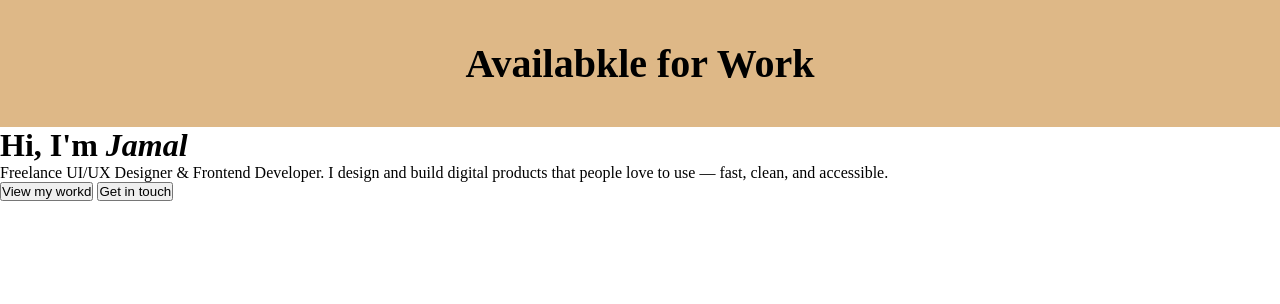
Repository: jamalissef-glitch/exercise1-JS
Page: Exercise33/index.html
These files come from the project's save history. The page is drawn as it stood at one moment and after the next save; the edit follows.
The browser window is 1280 px wide. The pictures show the whole page.

Above is the page before, as saved 2026-07-14 17:39:04.

After the next save:
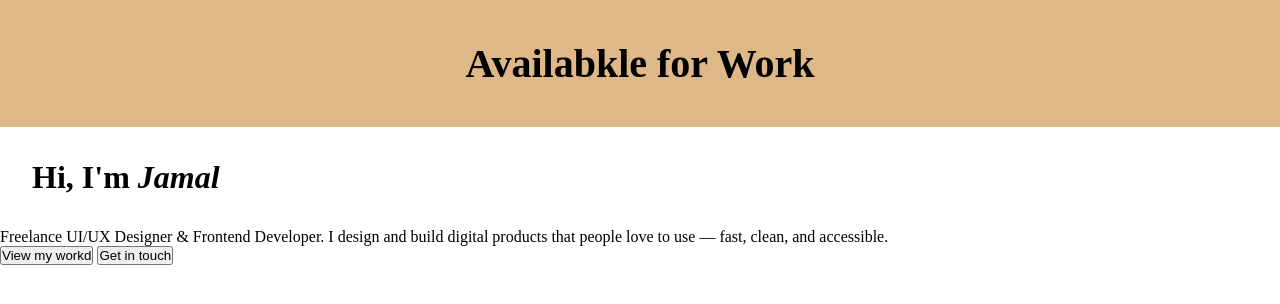
Saved 38 s later.
--- a/Exercise33/index.html
+++ b/Exercise33/index.html
@@ -20,7 +20,10 @@
   text-align: center;
   font-size: 2.5rem;
   font-weight: bold;
-  font-style: normal;
+ }
+
+ #head {
+  padding: 2rem;
  }
 </style>
 
